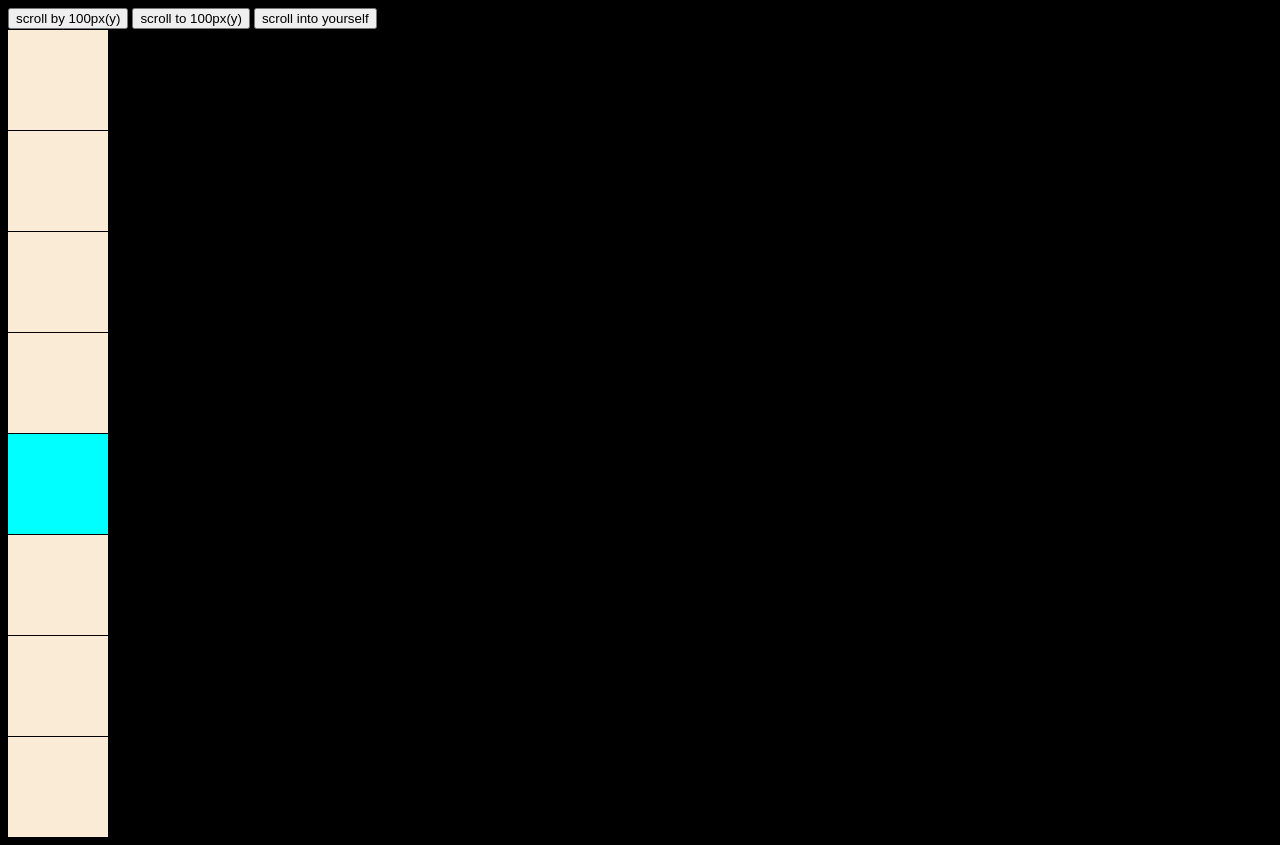
Repository: DongjaJ/Browser
Page: chap1/window-scrolling.html
These files come from the project's save history. The page is drawn as it stood at one moment and after the next save; the edit follows.
The browser window is 1280 px wide. The pictures show the whole page.

Above is the page before, as saved 2022-08-19 16:23:40.

After the next save:
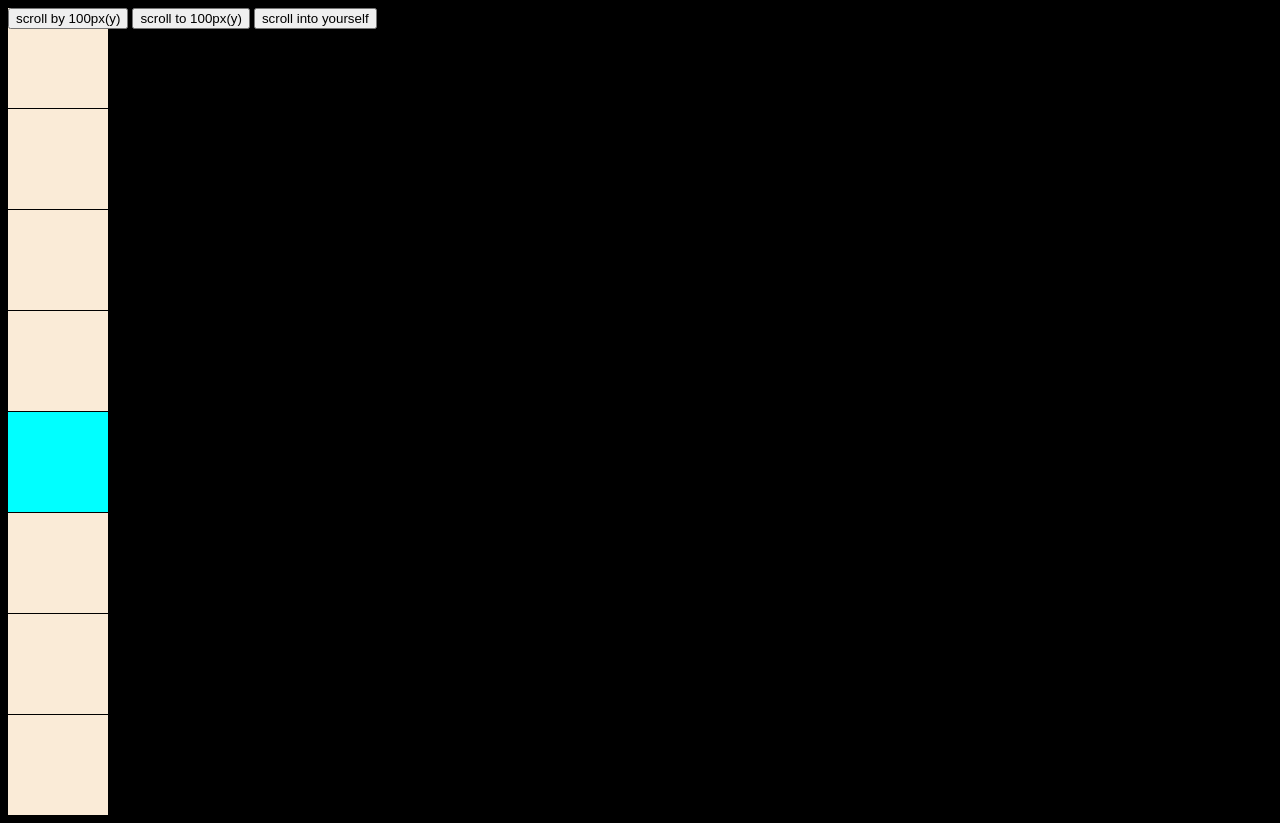
Saved 33 s later.
--- a/chap1/window-scrolling.html
+++ b/chap1/window-scrolling.html
@@ -24,7 +24,7 @@
 	</style>
 </head>
 <body>
-	<div style="position: static;"><button class ="aa">scroll by 100px(y)</button>
+	<div style="position: fixed;"><button class ="aa">scroll by 100px(y)</button>
 		<button class = "bb">scroll to 100px(y)</button>
 		<button class = "cc">scroll into yourself</button></div>
 
